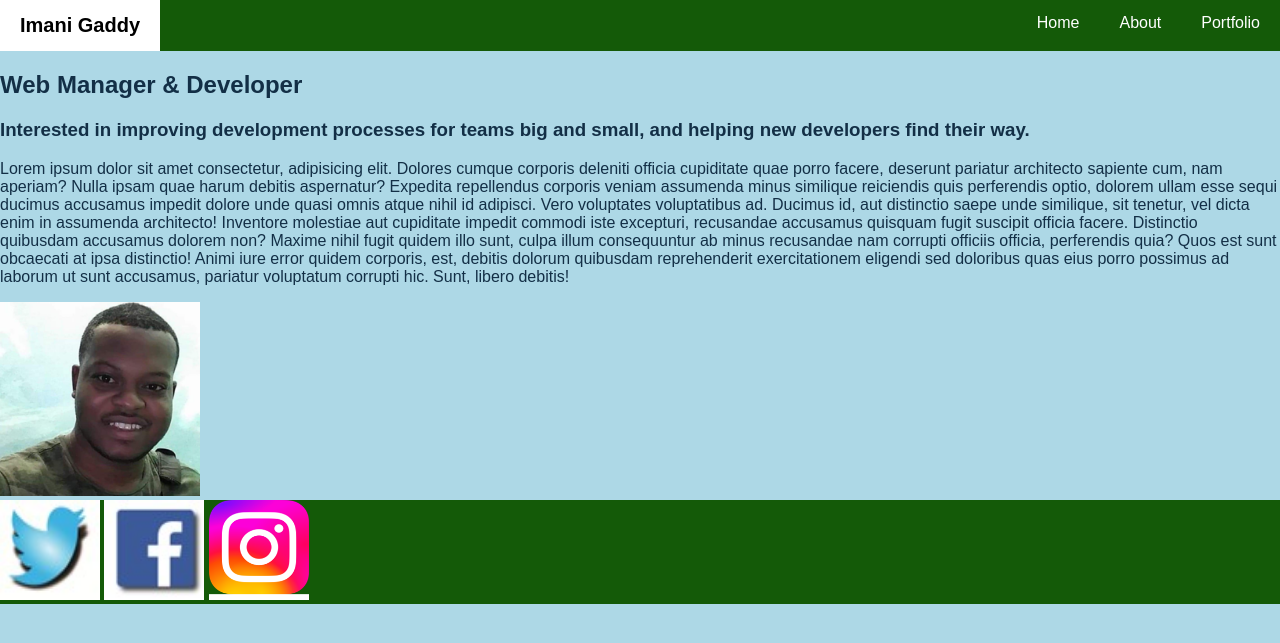
Repository: website-dev-team/website-repo
Page: personal_site/home.html
These files come from the project's save history. The page is drawn as it stood at one moment and after the next save; the edit follows.
The browser window is 1280 px wide. The pictures show the whole page.

Above is the page before, as saved 2024-07-16 04:57:49.

After the next save:
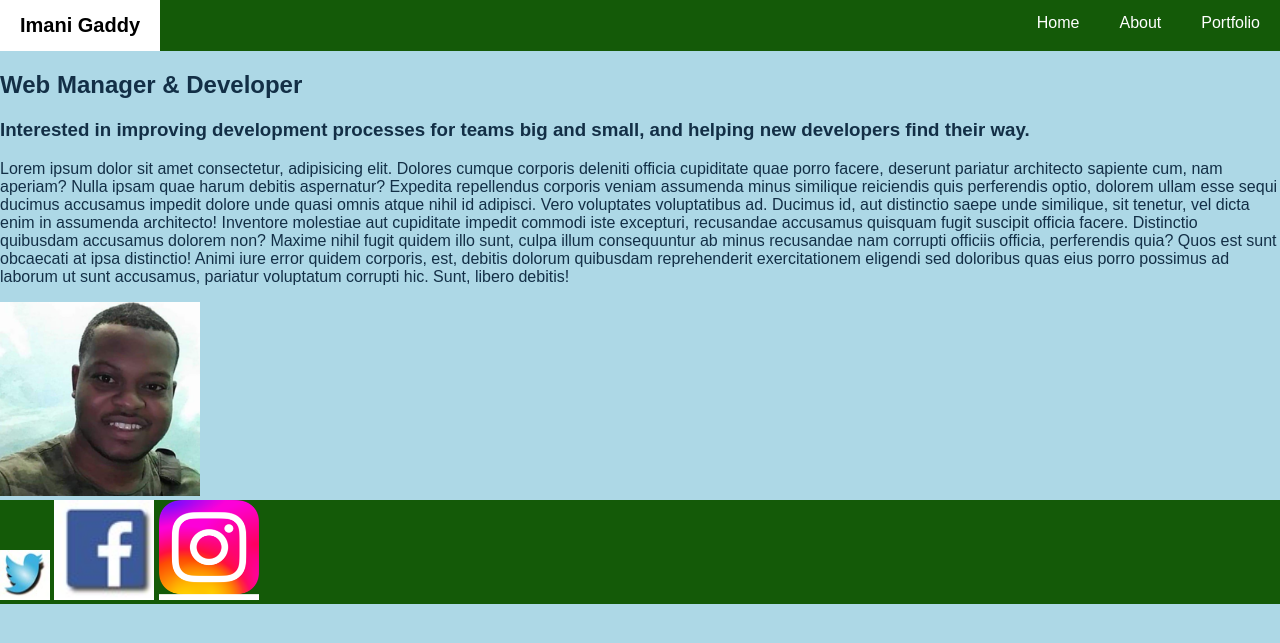
Saved 25 s later.
--- a/personal_site/home.html
+++ b/personal_site/home.html
@@ -30,7 +30,7 @@
 </div>
 <footer>
     <nav class="navbar">
-        <img src="twitter.jpg" alt="insta" class="float-left" width="100" height="100">
+        <img src="twitter.jpg" alt="insta" class="float-left" width="50" height="50">
         <img src="facebook.jpg" alt="insta" class="float-left" width="100" height="100">
         <img src="instagram.png" alt="insta" class="float-left" width="100" height="100">
 
